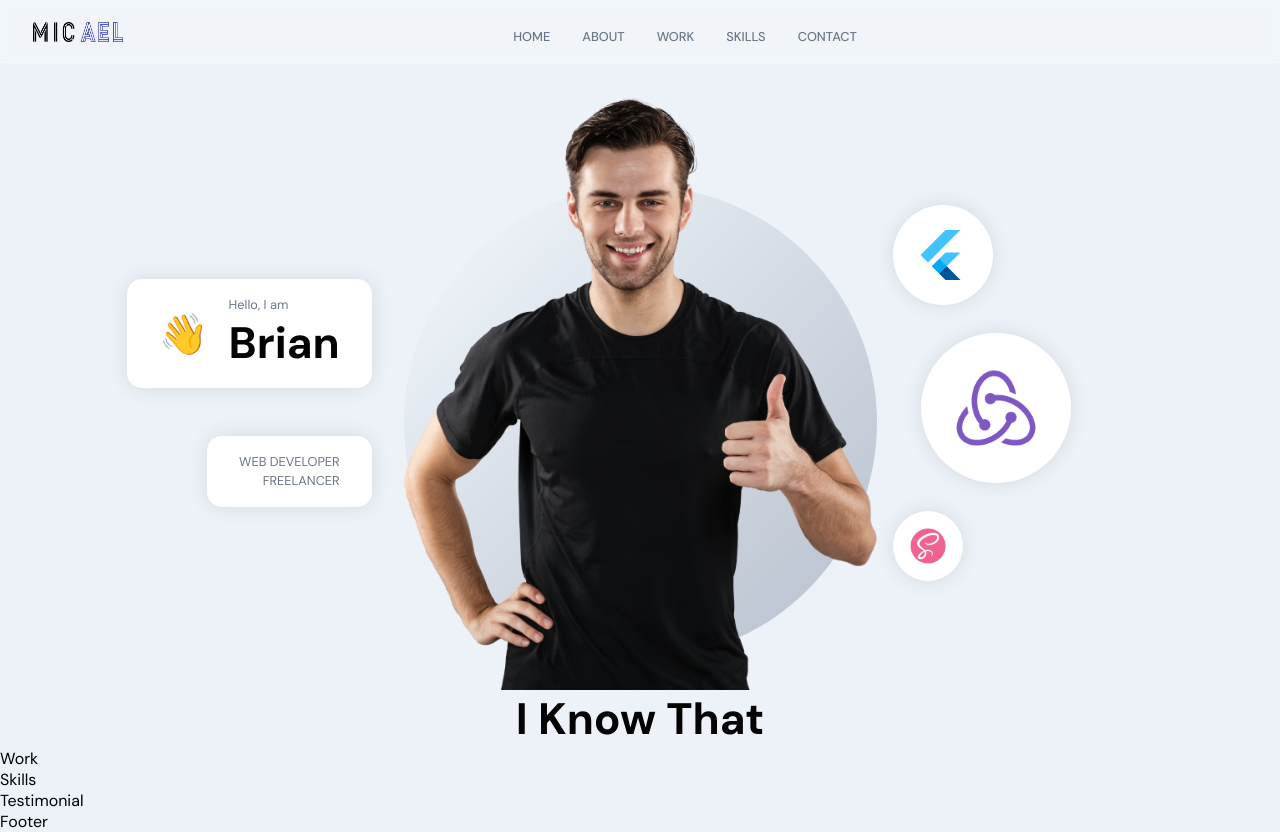
Repository: 61ZM07H36R3ML1N/Portfolio-JS
Page: / (app in frontend_react/)
An editor plug-in stored every save of this project. The page is shown before and after the next save, followed by the edit.
The browser window is 1280 px wide. The pictures show the whole page.
The project was rebuilt for these pictures with package versions that can differ from the ones it lists, and the page was loaded fresh each time. Also part of the build but not shown: frontend_react/src/container/About/About.scss, frontend_react/src/container/Skills/Skills.scss, frontend_react/src/container/Work/Work.scss.

Above is the page before, as saved 2022-10-16 22:04:19.

After the next save:
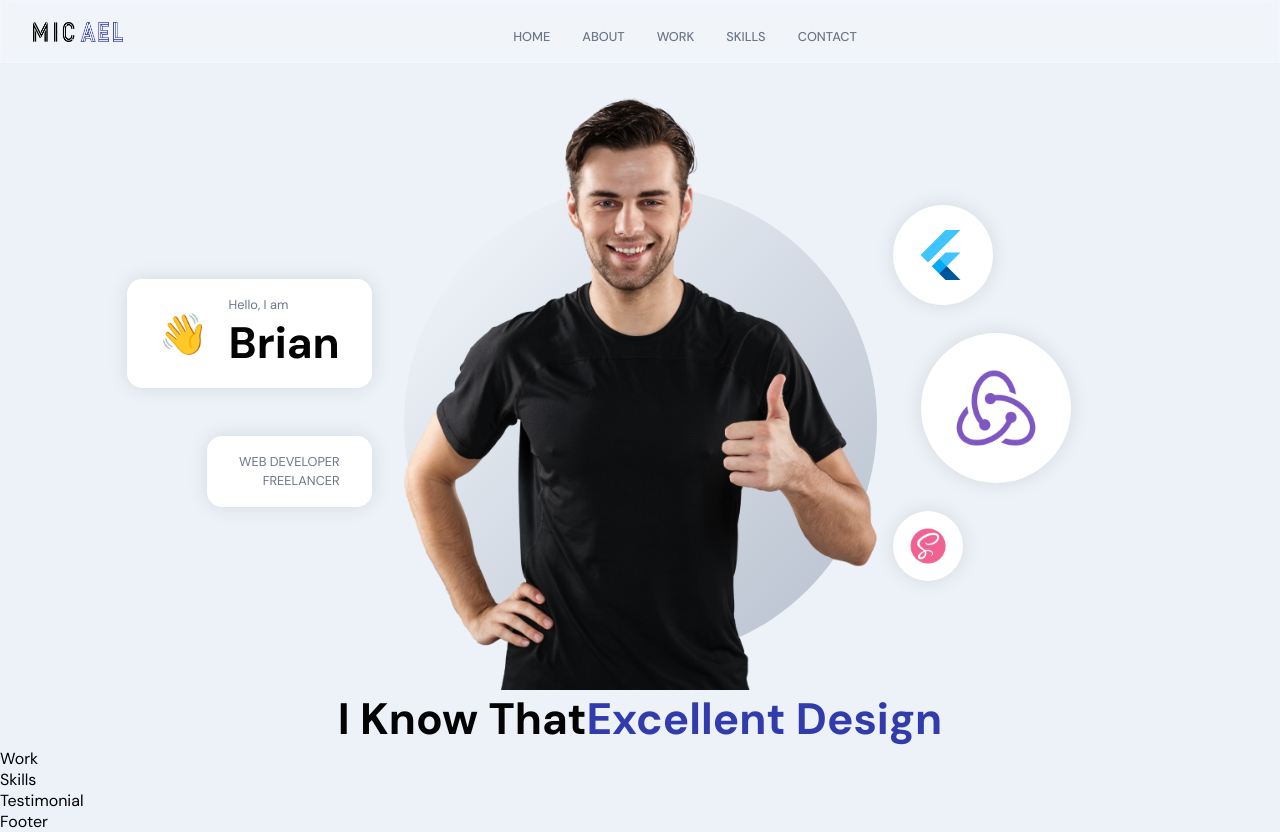
Saved 59 s later.
--- a/frontend_react/src/container/About/About.jsx
+++ b/frontend_react/src/container/About/About.jsx
@@ -8,7 +8,7 @@
     <>
       <h2 className="head-text">
         I Know That
-        <span></span>
+        <span>Excellent Design</span>
       </h2>
     </>
   );
